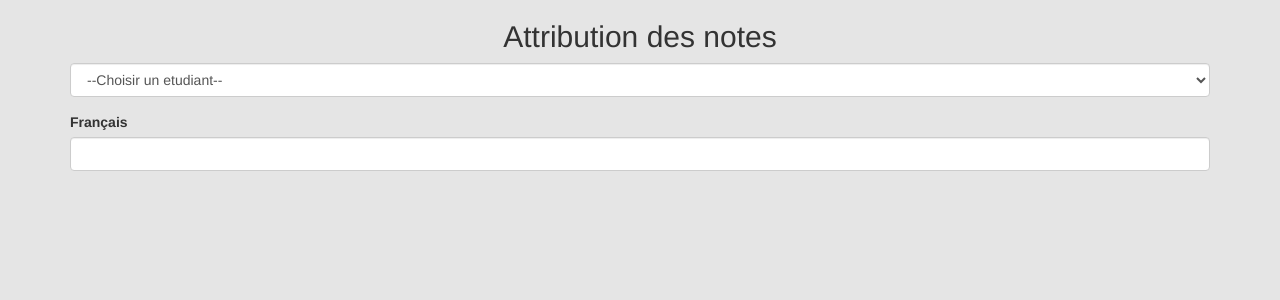
Repository: mitantsoa1/CRUD-note
Page: http://localhost/note
The author's editor kept a copy of each file at every save. The page is drawn from the files as they stood at one save, then again after the next save.
The browser window is 1280 px wide. The pictures show the whole page.
The page is run by PHP 8.4 with error messages shown; the project is at /var/www/html/. The database holds what the project's SQL file puts in it.

Above is the page before, as saved 2021-02-12 12:40:52.
Console error: SyntaxError: Unexpected token '<'

After the next save:
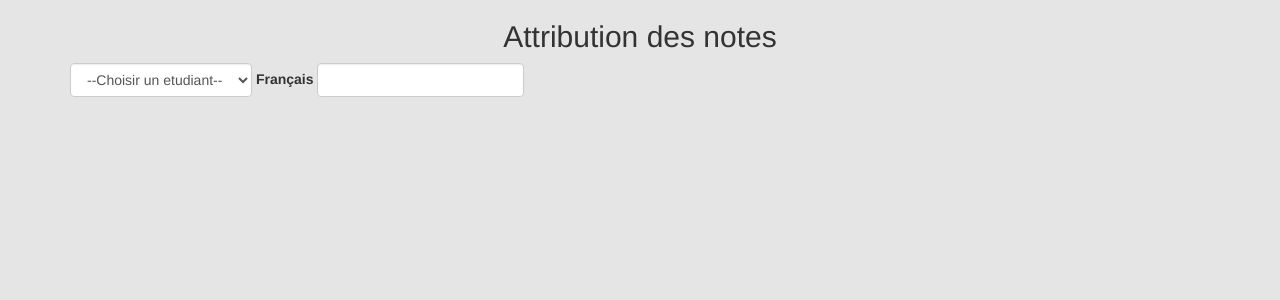
Saved 28 s later.
--- a/Views/note2.php
+++ b/Views/note2.php
@@ -12,7 +12,7 @@ Controllers::includeCSS(["all","bootstrap.min","sweetalert2.min","style","util"]
 <body>
     <div class="container note-content">
         <h2 class="text-center">Attribution des notes</h2>
-        <form action="" id="formulaire">
+        <form action="" id="formulaire" class="form-inline">
             <?php
                 include('Models/Database.class.php');
                 $db = new Database();
@@ -35,6 +35,7 @@ Controllers::includeCSS(["all","bootstrap.min","sweetalert2.min","style","util"]
             ?>
             <label for="">Français</label>
             <input type="number" id="fr" class="form-control">
+
         </form>
     </div>
 
